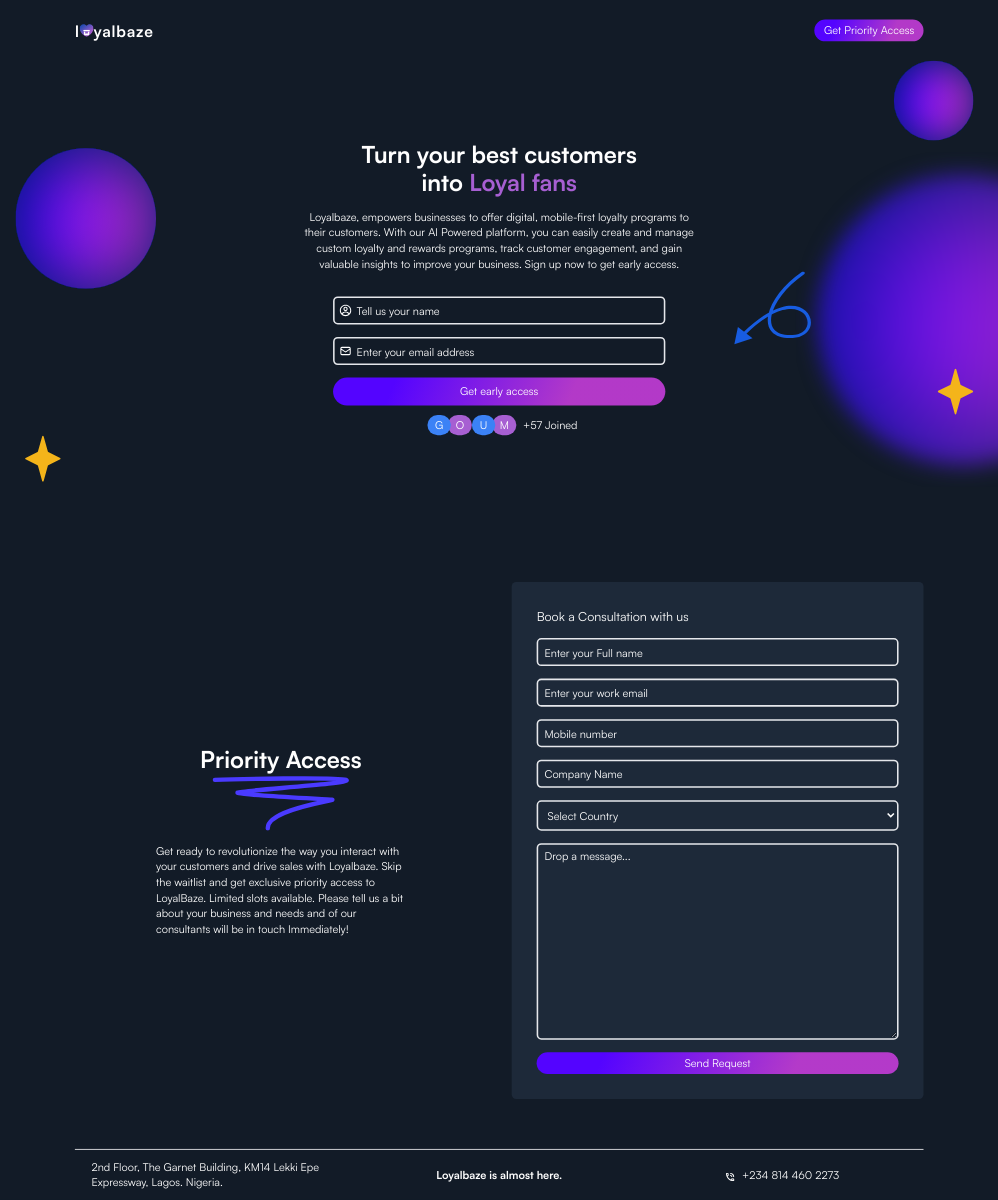
Repository: Jerified/loyalbaze
Page: /
The author's editor kept a copy of each file at every save. The page is drawn from the files as they stood at one save, then again after the next save.
The browser window is 1280 px wide. The pictures show the whole page, at 78% of full size.
The project was rebuilt for these pictures with package versions that can differ from the ones it lists, and the page was loaded fresh each time. The framework's server and built-in components were replaced by stand-ins that run in the browser. Also part of the build but not shown: next.config.js.

Above is the page before, as saved 2023-02-14 17:40:57.

### src/app/layout.tsx
import Header from '@/components/Header'
import localFont from '@next/font/local'
import './globals.css'
// import Providers from '../../';

const satoshi = localFont({
  src: [
    {
      path: '../../public/fonts/Satoshi-Regular.woff2',
      weight: '400',
    },
    {
      path: '../../public/fonts/Satoshi-Bold.woff2',
      weight: '700',
    },
  ]
})

export default function RootLayout({
  children,
}: {
  children: React.ReactNode
}) {
  return (
    <html lang="en">
      <head />
      <body className={satoshi.className}>
          <Header />
          {children}
      </body>
    </html>
  );
}

### src/app/page.tsx
import Contents from "@/components/Contents";
import Footer from "@/components/Footer";
import Form from "@/components/Form";


export default async function Home() {

  return  (
  <main className=''>
    <Contents />
    <Form />
    <Footer />
  </main>
  )
}

### src/components/Header.tsx
import { AiFillHome } from "react-icons/ai";
import { BsFillInfoCircleFill } from "react-icons/bs";
import Link from "next/link";

export default function Header() {
  return (
    <div className="flex justify-between px-8 sm:mx-auto items-center py-6 max-w-6xl mx-auto">
      <div className="text-xl font-semibold tracking-wider flex items-end justify-end">
        l
        <div className="relative">
          <svg
            width="10"
            height="8"
            viewBox="0 0 10 8"
            fill="none"
            xmlns="http://www.w3.org/2000/svg"
            className="absolute bottom-2 right-[0.23rem]"
          >
            <path
              d="M8.42822 3V5.57143C8.42822 6.51857 7.66108 7.28571 6.71394 7.28571H3.28537C2.33822 7.28571 1.57108 6.51857 1.57108 5.57143V3C1.57108 2.76429 1.76394 2.57143 1.99965 2.57143H2.84394C3.07965 2.57143 3.27251 2.76429 3.27251 3V4.34571C3.27295 4.5733 3.36327 4.7915 3.5238 4.95283C3.68432 5.11416 3.90207 5.20556 4.12965 5.20714C4.29251 5.20714 4.45537 5.16 4.59679 5.06571L5.00394 4.8L5.38108 5.05286C5.64251 5.22857 5.97679 5.25 6.25537 5.1C6.53822 4.95 6.71394 4.66286 6.71394 4.34143V3C6.71394 2.76429 6.90679 2.57143 7.14251 2.57143H7.99965C8.23537 2.57143 8.42822 2.76429 8.42822 3ZM9.07108 0.857143V1.28571C9.07108 1.75714 8.84394 2.14286 8.21394 2.14286H1.78537C1.12965 2.14286 0.928223 1.75714 0.928223 1.28571V0.857143C0.928223 0.385714 1.12965 0 1.78537 0H8.21394C8.84394 0 9.07108 0.385714 9.07108 0.857143Z"
              fill="white"
            />
          </svg>

          <span className="w-">
            <svg
              width="18"
              height="30"
              viewBox="0 0 34 30"
              fill="none"
              xmlns="http://www.w3.org/2000/svg"
            >
              <path
                d="M24.4002 0.169922C21.3835 0.169922 18.6835 1.63659 17.0002 3.88659C16.1404 2.73461 15.0239 1.79891 13.7394 1.15375C12.4549 0.508585 11.0376 0.171731 9.60016 0.169922C4.4835 0.169922 0.333496 4.33659 0.333496 9.48659C0.333496 11.4699 0.650163 13.3033 1.20016 15.0033C3.8335 23.3366 11.9502 28.3199 15.9668 29.6866C16.5335 29.8866 17.4668 29.8866 18.0335 29.6866C22.0502 28.3199 30.1668 23.3366 32.8002 15.0033C33.3502 13.3033 33.6668 11.4699 33.6668 9.48659C33.6668 4.33659 29.5168 0.169922 24.4002 0.169922Z"
                fill="url(#paint0_linear_1098_9360)"
              />
              <defs>
                <linearGradient
                  id="paint0_linear_1098_9360"
                  x1="2.3335"
                  y1="0.333333"
                  x2="19.3335"
                  y2="22.5"
                  gradientUnits="userSpaceOnUse"
                >
                  <stop stop-color="#175CE1" stop-opacity="0.71" />
                  <stop offset="1" stop-color="#A75FD2" stop-opacity="0.94" />
                </linearGradient>
              </defs>
            </svg>
          </span>
        </div>
        yalbaze
      </div>

      <button className=" px-3 py-1 rounded-full bg-[linear-gradient(112.92deg,_#5404FF_18.35%,rgba(189,_59,_210,_0.94)_71.49%)] text-sm">
        <div className="bg-inherit">Get Priority Access</div>
      </button>
    </div>
  );
}

### src/app/globals.css


@tailwind base;
@tailwind components;
@tailwind utilities;

body{
  background-color: #121B27;
  color: white;
  font-family: 'satoshi';
}

@layer components {
  input {
  @apply bg-inherit border-2 w-full rounded-md py-1 px-2 pl-2 placeholder:text-[14px] caret-[#A75FD2] outline-none placeholder:text-white
  }
}

### src/components/Contents.tsx
import React from 'react'
import {CgProfile} from 'react-icons/cg'
import { HiOutlineMail } from "react-icons/hi";

const Contents = () => {
  return (
    <div className="pt-8 lg:pt-0 pb-16 relative px-8">
      <div className="hidden lg:flex justify-end">
        <svg
          width="102"
          height="102"
          viewBox="0 0 102 102"
          fill="none"
          xmlns="http://www.w3.org/2000/svg"
        >
          <g filter="url(#filter0_i_1098_9860)">
            <circle
              cx="51"
              cy="51"
              r="51"
              fill="url(#paint0_linear_1098_9860)"
            />
          </g>
          <defs>
            <filter
              id="filter0_i_1098_9860"
              x="0"
              y="0"
              width="103.02"
              height="104.04"
              filterUnits="userSpaceOnUse"
              color-interpolation-filters="sRGB"
            >
              <feFlood flood-opacity="0" result="BackgroundImageFix" />
              <feBlend
                mode="normal"
                in="SourceGraphic"
                in2="BackgroundImageFix"
                result="shape"
              />
              <feColorMatrix
                in="SourceAlpha"
                type="matrix"
                values="0 0 0 0 0 0 0 0 0 0 0 0 0 0 0 0 0 0 127 0"
                result="hardAlpha"
              />
              <feOffset dx="1.02" dy="2.04" />
              <feGaussianBlur stdDeviation="25.5" />
              <feComposite
                in2="hardAlpha"
                operator="arithmetic"
                k2="-1"
                k3="1"
              />
              <feColorMatrix
                type="matrix"
                values="0 0 0 0 0 0 0 0 0 0.113725 0 0 0 0 0.431373 0 0 0 1 0"
              />
              <feBlend
                mode="normal"
                in2="shape"
                result="effect1_innerShadow_1098_9860"
              />
            </filter>
            <linearGradient
              id="paint0_linear_1098_9860"
              x1="5.1"
              y1="70.89"
              x2="100.108"
              y2="75.3654"
              gradientUnits="userSpaceOnUse"
            >
              <stop stop-color="#5404FF" />
              <stop offset="0.899616" stop-color="#BA2AD1" />
            </linearGradient>
          </defs>
        </svg>
      </div>
      <div className="absolute left-5 hidden lg:block -z-1">
        <svg
          width="180"
          height="200"
          viewBox="0 0 200 200"
          fill="none"
          xmlns="http://www.w3.org/2000/svg"
        >
          <g filter="url(#filter0_i_3346_6249)">
            <circle
              cx="100"
              cy="100"
              r="100"
              fill="url(#paint0_linear_3346_6249)"
            />
          </g>
          <defs>
            <filter
              id="filter0_i_3346_6249"
              x="0"
              y="0"
              width="202"
              height="204"
              filterUnits="userSpaceOnUse"
              color-interpolation-filters="sRGB"
            >
              <feFlood flood-opacity="0" result="BackgroundImageFix" />
              <feBlend
                mode="normal"
                in="SourceGraphic"
                in2="BackgroundImageFix"
                result="shape"
              />
              <feColorMatrix
                in="SourceAlpha"
                type="matrix"
                values="0 0 0 0 0 0 0 0 0 0 0 0 0 0 0 0 0 0 127 0"
                result="hardAlpha"
              />
              <feOffset dx="2" dy="4" />
              <feGaussianBlur stdDeviation="50" />
              <feComposite
                in2="hardAlpha"
                operator="arithmetic"
                k2="-1"
                k3="1"
              />
              <feColorMatrix
                type="matrix"
                values="0 0 0 0 0 0 0 0 0 0.113725 0 0 0 0 0.431373 0 0 0 1 0"
              />
              <feBlend
                mode="normal"
                in2="shape"
                result="effect1_innerShadow_3346_6249"
              />
            </filter>
            <linearGradient
              id="paint0_linear_3346_6249"
              x1="10"
              y1="139"
              x2="196.289"
              y2="147.775"
              gradientUnits="userSpaceOnUse"
            >
              <stop stop-color="#5404FF" />
              <stop offset="0.899616" stop-color="#BA2AD1" />
            </linearGradient>
          </defs>
        </svg>
      </div>
      <div className="absolute right-0 hidden lg:block -z-1">
        <svg
          width="260"
          height="460"
          viewBox="0 0 279 460"
          fill="none"
          xmlns="http://www.w3.org/2000/svg"
        >
          <g filter="url(#filter0_if_3250_3646)">
            <circle
              cx="230"
              cy="230"
              r="200"
              fill="url(#paint0_linear_3250_3646)"
            />
          </g>
          <defs>
            <filter
              id="filter0_if_3250_3646"
              x="0"
              y="0"
              width="460"
              height="460"
              filterUnits="userSpaceOnUse"
              color-interpolation-filters="sRGB"
            >
              <feFlood flood-opacity="0" result="BackgroundImageFix" />
              <feBlend
                mode="normal"
                in="SourceGraphic"
                in2="BackgroundImageFix"
                result="shape"
              />
              <feColorMatrix
                in="SourceAlpha"
                type="matrix"
                values="0 0 0 0 0 0 0 0 0 0 0 0 0 0 0 0 0 0 127 0"
                result="hardAlpha"
              />
              <feOffset dx="4" dy="8" />
              <feGaussianBlur stdDeviation="100" />
              <feComposite
                in2="hardAlpha"
                operator="arithmetic"
                k2="-1"
                k3="1"
              />
              <feColorMatrix
                type="matrix"
                values="0 0 0 0 0 0 0 0 0 0.113725 0 0 0 0 0.431373 0 0 0 1 0"
              />
              <feBlend
                mode="normal"
                in2="shape"
                result="effect1_innerShadow_3250_3646"
              />
              <feGaussianBlur
                stdDeviation="15"
                result="effect2_foregroundBlur_3250_3646"
              />
            </filter>
            <linearGradient
              id="paint0_linear_3250_3646"
              x1="50"
              y1="308"
              x2="422.578"
              y2="325.551"
              gradientUnits="userSpaceOnUse"
            >
              <stop stop-color="#5404FF" />
              <stop offset="0.899616" stop-color="#BA2AD1" />
            </linearGradient>
          </defs>
        </svg>
      </div>

      <h1 className="font-bold text-center text-3xl max-w-sm mx-auto">
        Turn your best customers into{" "}
        <span className="text-[#A75FD2] ">Loyal fans</span>
      </h1>
      <p className="text-center pt-4 max-w-[22rem] md:max-w-lg mx-auto text-sm z-100">
        Loyalbaze, empowers businesses to offer digital, mobile-first loyalty
        programs to their customers. With our AI Powered platform, you can
        easily create and manage custom loyalty and rewards programs, track
        customer engagement, and gain valuable insights to improve your
        business. Sign up now to get early access.
      </p>
      <form
        action=""
        className="pt-8 grid place-items-center gap-4 pb-3 relative"
      >
        <div className="absolute right-[13rem] top-0 hidden lg:block">
          <svg
            width="99"
            height="94"
            viewBox="0 0 99 94"
            fill="none"
            xmlns="http://www.w3.org/2000/svg"
          >
            <path
              d="M89.8737 3.49999C90.82 2.84772 91.0138 1.6312 90.3065 0.782795C89.5992 -0.0656061 88.2586 -0.224608 87.3123 0.427655L89.8737 3.49999ZM75.1908 83.4453L75.2913 85.3794L75.1908 83.4453ZM0.487821 93.343L23.7889 85.632L5.03935 71.2977L0.487821 93.343ZM87.3123 0.427655C63.2326 17.0251 47.5056 38.4428 43.9972 55.6668C42.2394 64.2962 43.5064 72.1624 48.7779 77.7112C54.0665 83.278 62.9501 86.0571 75.2913 85.3794L75.0903 81.5112C63.5102 82.147 56.1583 79.4988 52.0369 75.1606C47.8985 70.8045 46.5811 64.288 48.2042 56.3198C51.4574 40.3488 66.3528 19.7123 89.8737 3.49999L87.3123 0.427655ZM75.2913 85.3794C87.4389 84.7124 94.9158 78.9117 97.5774 71.5997C100.191 64.4195 98.034 56.077 91.6943 50.4846C85.2748 44.8217 74.8195 42.1622 61.2105 45.8016C47.6707 49.4225 30.939 59.2723 11.4376 78.6706L14.5831 81.2586C33.8025 62.1408 49.8871 52.8556 62.3705 49.5172C74.7847 46.1974 83.5594 48.7545 88.6881 53.2787C93.8967 57.8734 95.6063 64.6887 93.5159 70.4314C91.4735 76.0424 85.6761 80.9299 75.0903 81.5112L75.2913 85.3794Z"
              fill="#175CE1"
            />
          </svg>
        </div>
        <div className="w-[80%] md:w-[60%] lg:max-w-[35%] relative flex items-center">
          <input
            type="text"
            className=" bg-inherit border-2 w-full rounded-md py-1 px-2 pl-7 placeholder:text-[14px] "
            placeholder="Tell us your name"
          />
          <CgProfile className="absolute left-2 top-[50%] -translate-y-[50%]" />
        </div>
        <div className="w-[80%] md:w-[60%] lg:max-w-[35%] relative flex items-center">
          <input
            type="text"
            className=" bg-inherit border-2 w-full rounded-md py-1 px-2 pl-7 placeholder:text-[14px] placeholder:pt-[-1px] "
            placeholder="Enter your email address"
          />
          <HiOutlineMail className="absolute left-2 top-[50%] -translate-y-[50%]" />
        </div>
        <button className="text-sm bg-[linear-gradient(112.92deg,_#5404FF_18.35%,rgba(189,_59,_210,_0.94)_71.49%)] rounded-full w-[80%] md:w-[60%] lg:max-w-[35%] py-2">
          Get early access
        </button>
        <div className="absolute bottom-0 right-0">
          <svg
            width="46"
            height="60"
            viewBox="0 0 46 60"
            fill="none"
            xmlns="http://www.w3.org/2000/svg"
          >
            <path
              d="M22.0364 1.47205C22.3075 0.495278 23.6925 0.495274 23.9636 1.47205L29.3625 20.9258C29.4386 21.2002 29.6282 21.4291 29.8836 21.5551L45.1824 29.1032C45.9257 29.47 45.9257 30.53 45.1823 30.8968L29.8836 38.4449C29.6282 38.5709 29.4386 38.7998 29.3625 39.0742L23.9636 58.5279C23.6925 59.5047 22.3075 59.5047 22.0364 58.528L16.6375 39.0742C16.5614 38.7998 16.3718 38.5709 16.1164 38.4449L0.817651 30.8968C0.0742599 30.53 0.0742621 29.47 0.817654 29.1032L16.1164 21.5551C16.3718 21.4291 16.5614 21.2002 16.6375 20.9258L22.0364 1.47205Z"
              fill="#F4B41A"
            />
          </svg>
        </div>
      </form>
      <div className="flex relative text-sm justify-center items-center">
        <p className="bg-blue-500 rounded-full w-fit px-[10px] py-[3px] relative  left-2 z-10">
          G
        </p>
        <p className="bg-[#A75FD2] rounded-full w-fit px-[10px] py-[3px] relative left-1">
          O
        </p>
        <p className="bg-blue-500 rounded-full w-fit px-[10px] py-[3px] relative left-1">
          U
        </p>
        <p className="bg-[#A75FD2] rounded-full w-fit px-[10px] py-[3px]">M</p>
        <p className="pl-2 font-medium">+57 Joined</p>
      </div>
      <div className="">
        <svg
          width="46"
          height="60"
          viewBox="0 0 46 60"
          fill="none"
          xmlns="http://www.w3.org/2000/svg"
        >
          <path
            d="M22.0364 1.47205C22.3075 0.495278 23.6925 0.495274 23.9636 1.47205L29.3625 20.9258C29.4386 21.2002 29.6282 21.4291 29.8836 21.5551L45.1824 29.1032C45.9257 29.47 45.9257 30.53 45.1823 30.8968L29.8836 38.4449C29.6282 38.5709 29.4386 38.7998 29.3625 39.0742L23.9636 58.5279C23.6925 59.5047 22.3075 59.5047 22.0364 58.528L16.6375 39.0742C16.5614 38.7998 16.3718 38.5709 16.1164 38.4449L0.817651 30.8968C0.0742599 30.53 0.0742621 29.47 0.817654 29.1032L16.1164 21.5551C16.3718 21.4291 16.5614 21.2002 16.6375 20.9258L22.0364 1.47205Z"
            fill="#F4B41A"
          />
        </svg>
      </div>
    </div>
  );
}

export default Contents

### src/components/Footer.tsx
import React from 'react'
import {MdOutlinePhoneInTalk} from 'react-icons/md'

const Footer = () => {
  return (
    <div className='max-w-6xl mx-auto px-8'>
      <div
        className="border-b border-white
        "
      />
      <div className="lg:grid lg:grid-cols-3 text-center gap-y-3 text-sm py-3 lg:gap-0 items-center">
        <div className="font-semibold order-2 ">Loyalbaze is almost here.</div>
        <div className="max-w-[20rem] mx-auto order-1 lg:text-start">
          2nd Floor, The Garnet Building, KM14 Lekki Epe Expressway, Lagos.
          Nigeria.
        </div>
        <div className="flex justify-center items-center gap-2 order-3 lg:items-end">
          <MdOutlinePhoneInTalk />
          <p className="">+234 814 460 2273</p>
        </div>
      </div>
    </div>
  );
}

export default Footer

### src/components/Form.tsx
import React from "react";

const Form = () => {
  return (
    <>
      <main className="lg:grid grid-cols-2 gap-8 items-center max-w-6xl mx-auto px-8">
        <div className="text-center lg:text-start lg:place-items-center">
          <h1 className="font-semibold text-3xl ">Priority Access</h1>
          <div className="grid place-items-center pt-1">
            <svg
              width="176"
              height="70"
              viewBox="0 0 176 70"
              fill="none"
              xmlns="http://www.w3.org/2000/svg"
            >
              <path
                d="M3.5 4.8585C26.7327 3.78401 160.807 1.27686 171.613 4.8585C185.121 9.33556 39.9697 17.9315 32.6758 21.155C26.8406 23.7338 146.678 29.5718 153.702 30.2882C160.726 31.0045 70.2263 42.3583 71.3069 67"
                stroke="#4A3AFF"
                stroke-width="5.55173"
                stroke-linecap="round"
              />
            </svg>
          </div>
          <p className="pt-4 text-sm max-w-[22rem] md:max-w-lg lg:max-w-[20rem] mx-auto lg:m-0">
            Get ready to revolutionize the way you interact with your customers
            and drive sales with Loyalbaze. Skip the waitlist and get exclusive
            priority access to LoyalBaze. Limited slots available. Please tell
            us a bit about your business and needs and of our consultants will
            be in touch Immediately!
          </p>
        </div>
        <div className=" -auto">
          <form action="" className="py-8 bg-[#1D2939] my-16 rounded-md">
            <div className=" flex flex-col gap-4 mx-auto px-6 lg:px-8">
              <p className="">Book a Consultation with us</p>
              <input
                type="text"
                className="input"
                placeholder="Enter your Full name"
              />
              <input
                type="email"
                className="input"
                placeholder="Enter your work email"
              />
              <input type="tel" className="input" placeholder="Mobile number" />
              <input type="text" className="input" placeholder="Company Name" />
              <select
                name="Select Country"
                id=""
                className=" bg-inherit border-2 w-full rounded-md py-2 px-2 pl-2 placeholder:text-[14px] caret-[#A75FD2] outline-none text-[14px]"
              >
                <option
                  value="Select Country"
                  className="placeholder:text-[14px] text-[14px]"
                >
                  Select Country
                </option>
              </select>
              <textarea
                name=""
                id=""
                cols="0"
                rows="10"
                placeholder="Drop a message..."
                className=" bg-inherit border-2 w-full rounded-md py-1 px-2 pl-2 placeholder:text-[14px] caret-[linear-gradient(112.92deg,_#5404FF_18.35%,rgba(189,_59,_210,_0.94)_71.49%)] outline-none resize-non placeholder:text-white"
              />
              <button className=" px-3 py-1 rounded-full bg-[linear-gradient(112.92deg,_#5404FF_18.35%,rgba(189,_59,_210,_0.94)_71.49%)] text-sm">
                Send Request
              </button>
            </div>
          </form>
        </div>
      </main>
    </>
  );
};

export default Form;

### tailwind.config.js
/** @type {import('tailwindcss').Config} */
module.exports = {
  content: ["./src/**/*.{html,js,jsx,ts,tsx}"],
  theme: {
    fontFamily: {
      'satochi': ['Satoshi', 'sans-serif'],
    },
    extend: {},
  },
  plugins: [],
  darkMoode:"class"
}

After the next save:
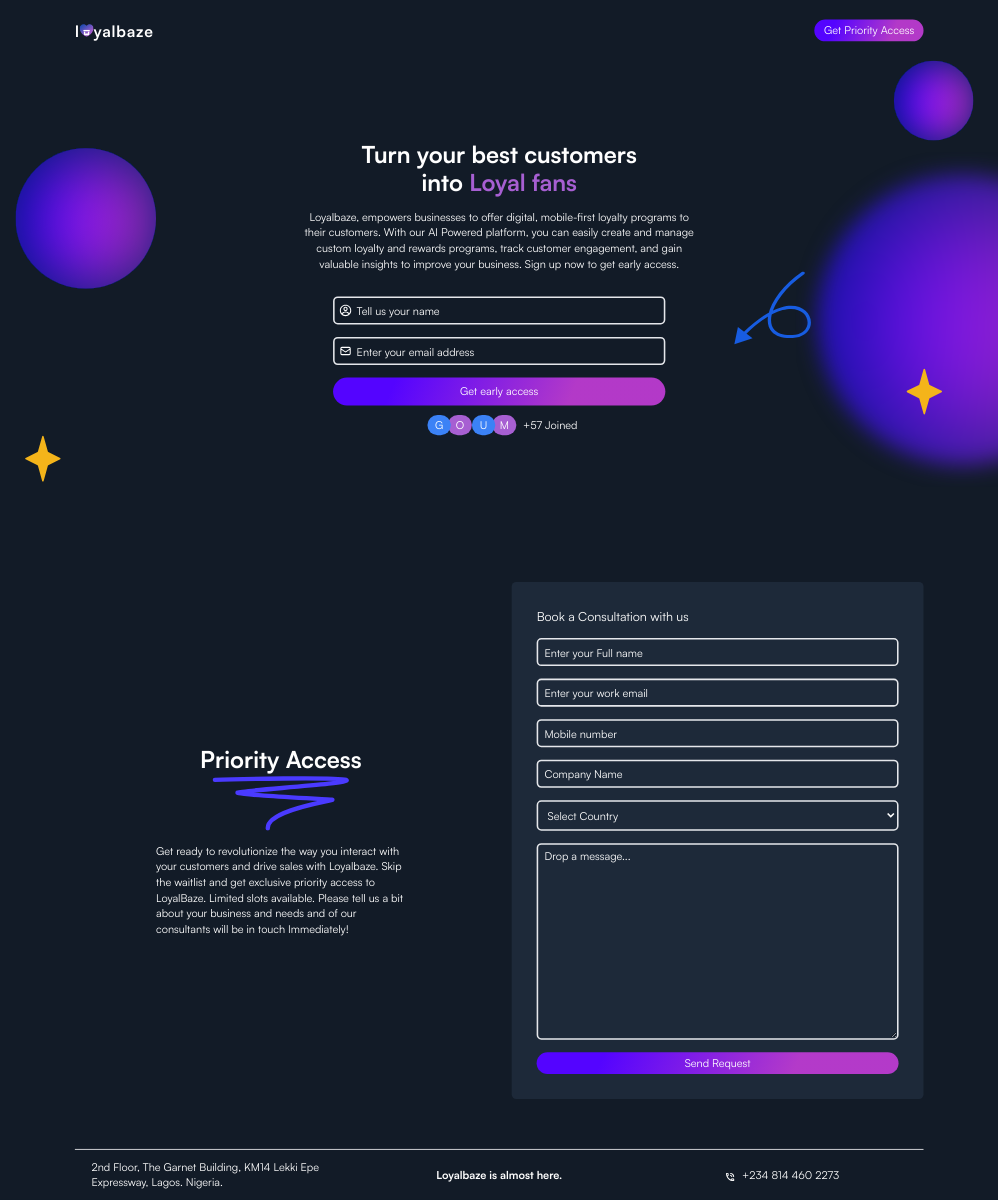
Saved 20 s later.
--- a/src/components/Contents.tsx
+++ b/src/components/Contents.tsx
@@ -271,7 +271,7 @@
         <button className="text-sm bg-[linear-gradient(112.92deg,_#5404FF_18.35%,rgba(189,_59,_210,_0.94)_71.49%)] rounded-full w-[80%] md:w-[60%] lg:max-w-[35%] py-2">
           Get early access
         </button>
-        <div className="absolute bottom-0 right-0">
+        <div className="absolute bottom-0 right-10">
           <svg
             width="46"
             height="60"
